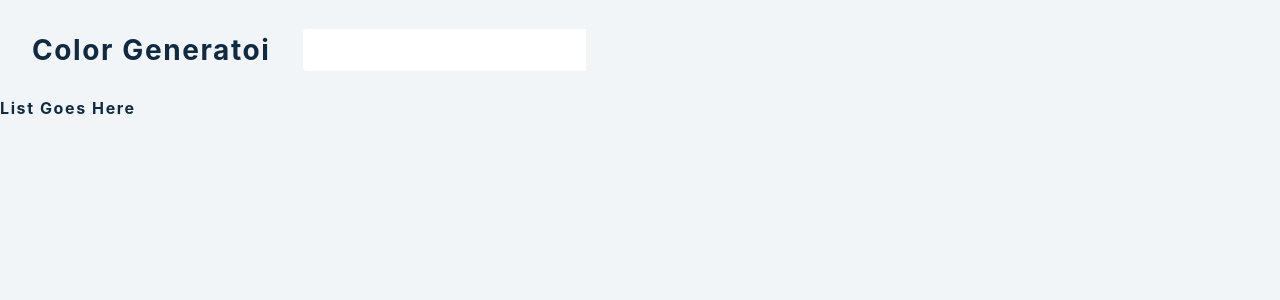
Repository: davidaloba/color-generator
Page: /
These files come from the project's save history. The page is drawn as it stood at one moment and after the next save; the edit follows.
The browser window is 1280 px wide. The pictures show the whole page.
The project was rebuilt for these pictures with package versions that can differ from the ones it lists, and the page was loaded fresh each time. Also part of the build but not shown: src/utils.js, src/SingleColor.js.

Above is the page before, as saved 2021-10-22 16:55:20.

After the next save:
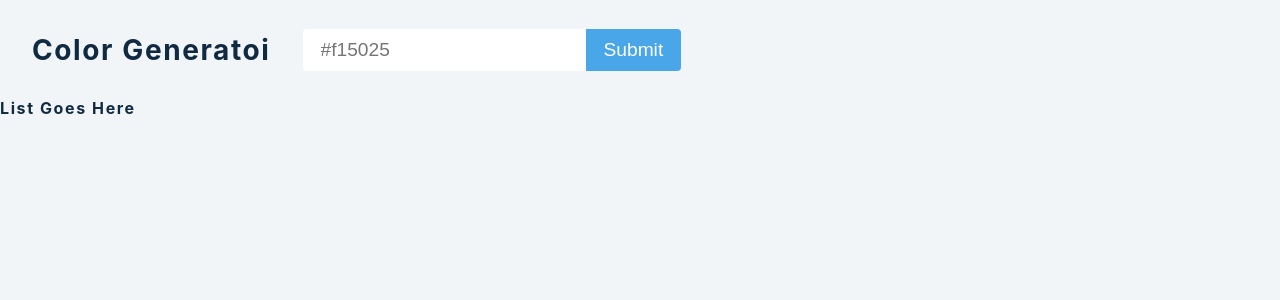
Saved 88 s later.
--- a/src/App.js
+++ b/src/App.js
@@ -22,7 +22,11 @@ function App() {
             type="text"
             value={colour}
             onChnage={(e) => setColour(e.target.value)}
+            placeholder="#f15025"
           />
+          <button type="submit" className="btn">
+            submit
+          </button>
         </form>
       </section>
       <section className="colours">
